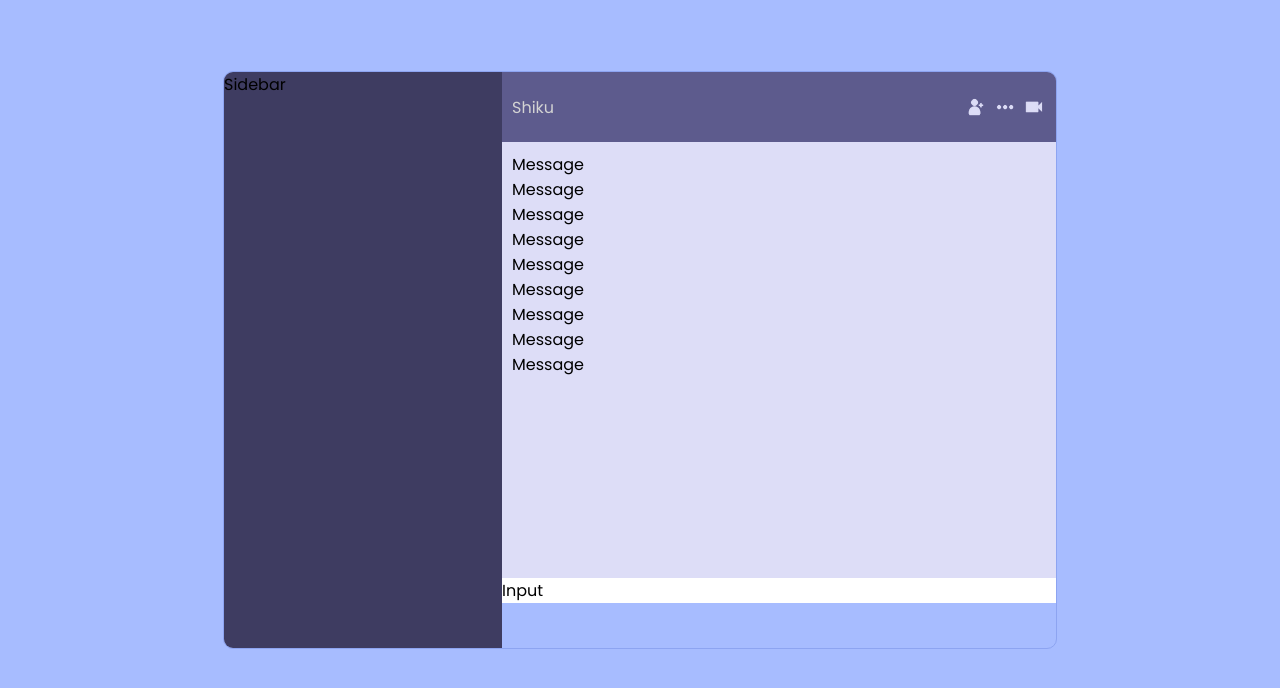
Repository: shikubro90/chatapp
Page: /
The author's editor kept a copy of each file at every save. The page is drawn from the files as they stood at one save, then again after the next save.
The browser window is 1280 px wide. The pictures show the whole page.
The project was rebuilt for these pictures with package versions that can differ from the ones it lists, and the page was loaded fresh each time. Also part of the build but not shown: src/pages/Login.jsx, src/pages/Register.jsx.

Above is the page before, as saved 2022-09-14 20:16:00.

After the next save:
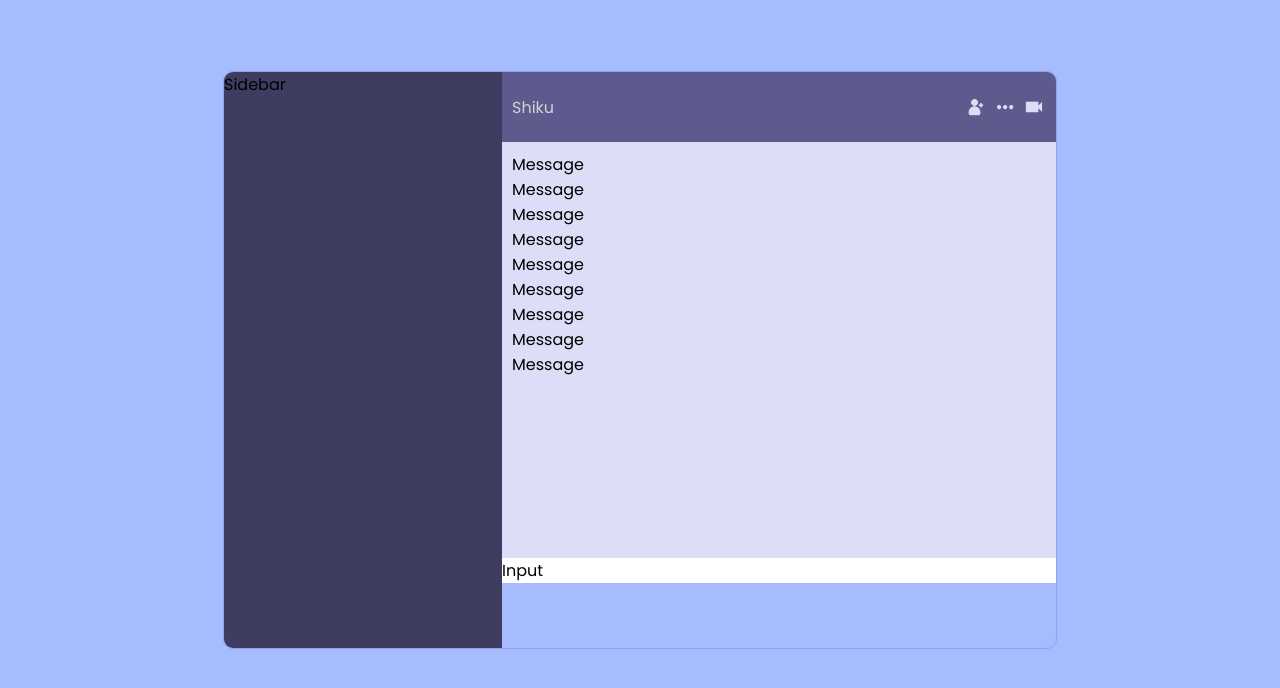
Saved 4 min 17 s later.
--- a/src/style.scss
+++ b/src/style.scss
@@ -230,7 +230,7 @@
             .messages{
                 background: #ddddf7;
                 padding: 10px;
-                height: calc(100% - 160px);
+                height: calc(100% - 180px);
             }
             .input{
                 background: white;
